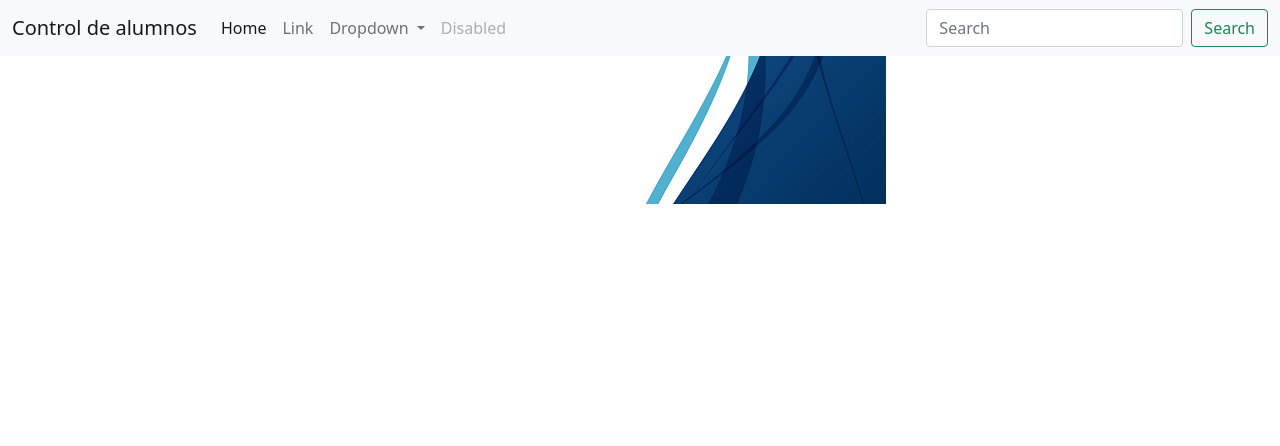
Repository: j0sh-404/control-clases-alumnos
Page: vista/principal/principal.html
An editor plug-in stored every save of this project. The page is shown before and after the next save, followed by the edit.
The browser window is 1280 px wide. The pictures show the whole page.

Above is the page before, as saved 2022-07-09 20:10:37.

After the next save:
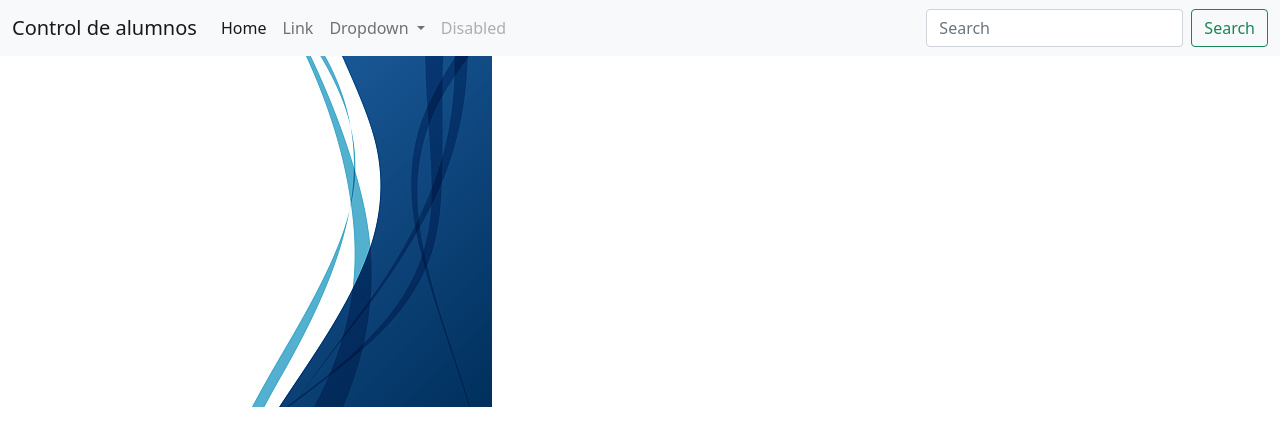
Saved 99 s later.
--- a/vista/principal/principal.html
+++ b/vista/principal/principal.html
@@ -7,7 +7,7 @@
     <link rel="stylesheet" href="./principal.css">
     <link href="https://cdn.jsdelivr.net/npm/bootstrap@5.0.2/dist/css/bootstrap.min.css" rel="stylesheet" integrity="sha384-EVSTQN3/azprG1Anm3QDgpJLIm9Nao0Yz1ztcQTwFspd3yD65VohhpuuCOmLASjC" crossorigin="anonymous">
 </head>
-<body class="fondo">
+<body>
     <nav class="navbar navbar-expand-lg navbar-light bg-light">
         <div class="container-fluid">
           <a class="navbar-brand" href="#">Control de alumnos</a>
@@ -44,6 +44,9 @@
           </div>
         </div>
       </nav>
+      <div>
+        <img src="../recursos/fondo.jpg">
+      </div>
       <script src="https://code.jquery.com/jquery-3.6.0.js" integrity="sha256-H+K7U5CnXl1h5ywQfKtSj8PCmoN9aaq30gDh27Xc0jk=" crossorigin="anonymous"></script>
      <script src="https://cdn.jsdelivr.net/npm/bootstrap@5.0.2/dist/js/bootstrap.bundle.min.js" integrity="sha384-MrcW6ZMFYlzcLA8Nl+NtUVF0sA7MsXsP1UyJoMp4YLEuNSfAP+JcXn/tWtIaxVXM" crossorigin="anonymous"></script>
 </body>
